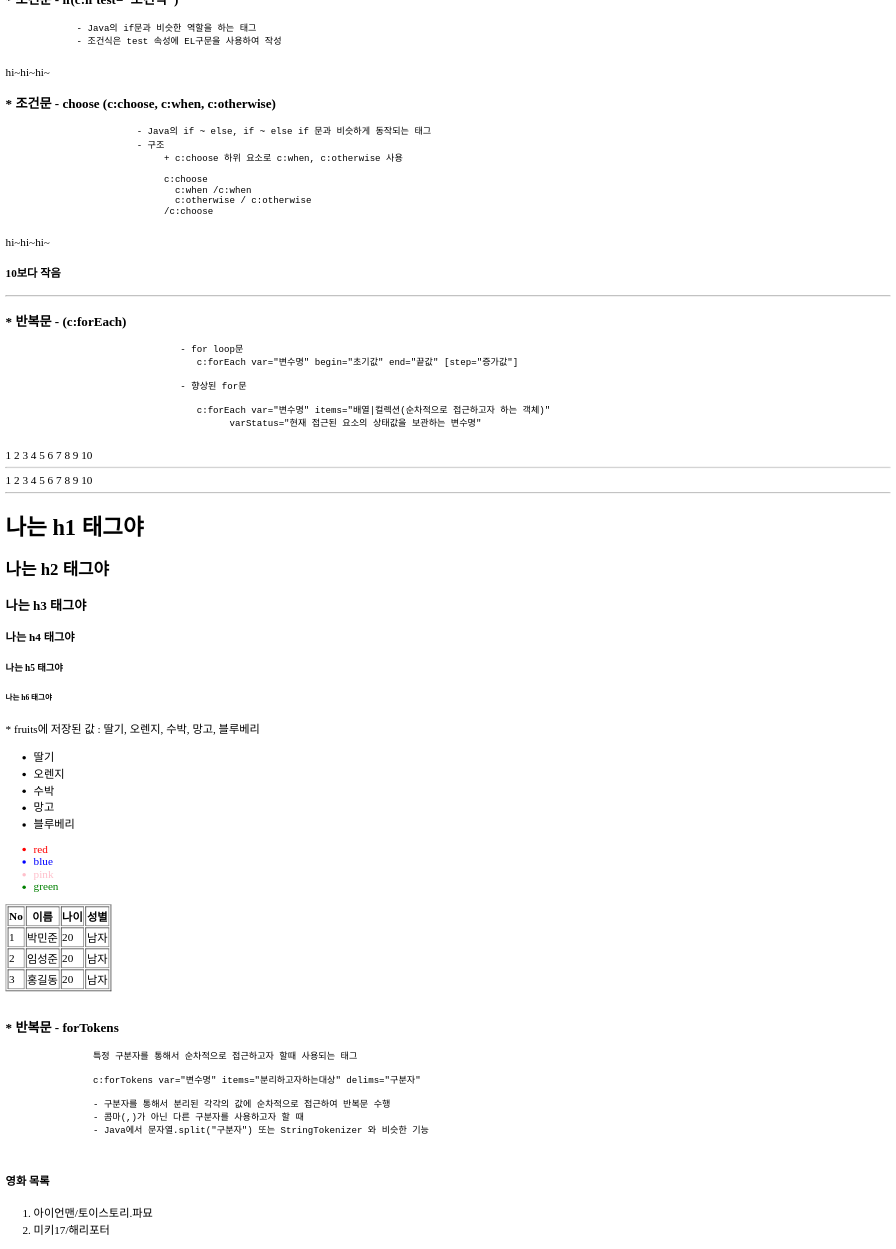
Repository: kkh1396/kh_front
Page: http://localhost/2_jsp/views/4_CustomAction/2_core.jsp
These files come from the project's save history. The page is drawn as it stood at one moment and after the next save; the edit follows.
The browser window is 1280 px wide. The pictures show the part of the page from y = 880 to 2800 px (the page is 2664 px tall before and 2800 px after), at 70% of full size.
The page is served by Tomcat 9. Nobody is signed in. The application's start-up code is not run. Other server files are loaded and not shown.

Above is the page before, as saved 2025-03-21 06:17:57.

### 05_server/2_jsp/src/main/webapp/views/4_CustomAction/2_core.jsp
<%@ page language="java" contentType="text/html; charset=UTF-8"
    pageEncoding="UTF-8"%>
<%@ taglib prefix="c" uri="http://java.sun.com/jsp/jstl/core" %>
<%@ page import="java.util.ArrayList, model.vo.Student" %>

<!DOCTYPE html>
<html>
<head>
<meta charset="UTF-8">
<title>JSTL - core</title>
</head>
<body>
	 <h1>JSTL Core Library</h1>

	 <h3>* 변수</h3>
	 <pre>
	   	- 변수 선언과 동시에 초기화 (c:set var="변수명" value="값" [scope="저장객체"])

	   	+ 해당 변수의 저장된 값을 어떤 scope에 setAttribute를 통해서 담아둘 지 결정
	   	+ 변수 선언하고 초기화까지의 기능을 제공
	   	 => c:set 으로 선언한 변수는 반드시 EL로 접근해야 함!
	 </pre>


	 <!-- num1 이라는 변수에 10이라는 값을 저장  -->
	 <c:set var="num1" value="10"/>

	 <%-- request 영역에 num2라는 변수에 20이라는 값ㅇ르 저장 --%>
	 <c:set var="num2" value="20" scope="request"/>

	 <p> num1 : ${ num1 } </p>
	 <p> num2 : ${ num2 } </p>


	 <%-- num1 num2의 합을 addNum이라는 변수에 저장(session 영역) --%>
	 <c:set var="addNum" value= '${ num1 +num2 }' scope="session"/>
	 <p> addNum : ${ addNum } </p>

	 <c:set var="temp">
	    9999
	 </c:set>

	 <%-- value 속성 대신, 시작태그와 종료태그 사이에 초기값을 지정할 수 있음 --%>

	 <p> temp : ${ temp } </p>

	 <pre>
	     - 변수 삭제 : (c:remove var"삭제할 변수명" [scope="삭제하고자하는 영역"])

	          + 해당 scope영역에 저장되어 있는 변수를 찾아 제거하는 태그
	            => .removeAttribute() 를 사용하여 제거하는 걱과 동일하게 처리됨
	          + scope 속성을 생략했을 경우 모든 영역에서 해당 변수의 값이 제거됨
	 </pre>

	 <%-- session 영역의 addNum 변수 삭제 --%>
	 <p> addNum : ${ addNum }</p>
	 <c:remove var="addNum" scope="session"/>

	 <p> 제거 후 addNum : ${ addNum }</p>


	 <c:set var="temp" value="1111" />
	 <c:set var="temp" value="2222" scope="request"/>

	 <p> page scope에 저장된 temp : ${ temp }</p>
	 <p> request scope 에 저장된 temp : ${ requestScope.temp }</p>


	 <c:remove var="temp" />

	 <p> temp 제거 후 결과 : ${ temp } , ${ requestScope.temp }

	 <pre>
	     - 변수 (데이터) 출력 (c:out value="출력하고자 하는 값"
	     					 [default="기본값"]
	     					 escapeXml="true|false"
	     				   )
	 </pre>

	 <c:out value="테스트" />

	 <%-- addNum 변수의 값을 출력 --%>
	 <c:out value="${ addnum }"/>
	 <c:out value="${ addnum }" default="데이터 없음"/>

	 <%-- outData 라는 변수에 '<b>강조태그</b>' 값을 저장 --%>
	 <c:set var="outData" value="<b>강조태그</b>" />
	 <c:out value="${ outData }" />
	 <c:out value="${ outData }" escapeXml="true"/>
	 <%-- escapeXml 속성의 기본값은 true, 태그를 해석하지 않음 --%>
	 <c:out value="${ outData }" escapeXml="false"/>

	 <hr>

	 <h3>* 조건문 - if(c:if test="조건식") </h3>
	 <pre>
	     - Java의 if문과 비슷한 역할을 하는 태그
	     - 조건식은 test 속성에 EL구문을 사용하여 작성
	 </pre>


	 <%-- num1이 num2보다 큰가? --%>
	 <%-- * JSTL로 선언된 변수는 접근 불가! (EL로만 접근 가능)
	 <% if (num1 > num2) {%>
	 <% } %>
	 --%>

	 <c:if test="${ num1 > num2 }">
	  		num1이 num2보다 큽니다.
	 </c:if>

	 <c:if test="${ num lt num2 }">
	        num1이 num2보다 작습니다.
	 </c:if>

	 <c:set var='hi' value="안녕"/>
	 <%--
	 		hi 변수에 저장된 값이 "안녕"일 경우 hi~hi~hi~ 출력
	 		      			  "안녕"이 아닐경우 by~by~by~ 출력
	  --%>

	  <c:if test="${ hi == '안녕' }">
	         hi~hi~hi~
	  </c:if>
	 <c:if test="${ hi != '안녕' }">
	         by~by~by
	  </c:if>

	  <br>

	  <h3> * 조건문 - choose (c:choose, c:when, c:otherwise) </h3>
	  <pre>
			- Java의 if ~ else, if ~ else if 문과 비슷하게 동작되는 태그
			- 구조
			     + c:choose 하위 요소로 c:when, c:otherwise 사용

			     c:choose
			       c:when /c:when
			       c:otherwise / c:otherwise
			     /c:choose
	  </pre>

	  	<%--
	 		hi 변수에 저장된 값이 "안녕"일 경우 hi~hi~hi~ 출력
	 		      			  "안녕"이 아닐경우 by~by~by~ 출력
	  	--%>

	  	<c:choose>
	  	   <c:when test="${ hi == '안녕'}">
	  	       hi~hi~hi~
	  	   </c:when>
	  	   <c:otherwise>
	  	     	by~by~by~
	  	   </c:otherwise>
	  	</c:choose>


	   <%--
	    	   num1의 값이 20보다 크면 "20보다 큼"
	    	    		, 10보다 크거나 같으면 "10보다 크거나 같음"
	    	    		, 그렇지 않으면 "10보다 작음"출력
	     --%>

	   <c:choose>
	      <c:when test="${ num1 >20 }">
	             <h2>20보다 큼</h2>
	      </c:when>
	      <c:when test="${ num ge 10 }">
	      		<h3> 10보다 큼</h2>
	      </c:when>
	       <c:otherwise>
	           <h4>10보다 작음</h4>
	       </c:otherwise>
	    </c:choose>

	   <hr>


	   <h3>* 반복문 - (c:forEach)</h3>
	   <pre>
	   			- for loop문
	   			   c:forEach var="변수명" begin="초기값" end="끝값" [step="증가값"]

	   			- 향상된 for문

	   			   c:forEach var="변수명" items="배열|컬렉션(순차적으로 접근하고자 하는 객체)"
	   			   	 varStatus="현재 접근된 요소의 상태값을 보관하는 변수명"
	   </pre>
	   <%-- 스크립틀릿을 사용하여 1 ~ 10까지 출력(한줄로) --%>
	   <% for (int i=1; i<=10; i++) { %>
	   			<%= i %>
	   <% } %>

	   <hr>

	   <c:forEach var="i" begin="1" end="10">
	         ${ i }
	   </c:forEach>


	   <hr>
	   <%-- h1 ~ h6 "나는 hx 태그야" --%>

	   <c:forEach var="i" begin="1" end="6">
	         <h${ i }> 나는 h${ i } 태그야 </h${ i }>
	   </c:forEach>

	   <c:set var="fruits">
	      딸기, 오렌지, 수박, 망고, 블루베리
	   </c:set>

	   * fruits에 저장된 값 : ${ fruits }

	   <ul>
	   <c:forEach var="test" items="${ fruits }">
	           <li> ${ test } </li>
	   </c:forEach>
	   </ul>


	   <%--
	   			colors 라는 변수에 4가지 색상을 콤마(,)로 구분하여 저장
	   			목록 태그로 해당 글자를 출력(* 저장된 컬러로 글자색 변경)
	    --%>

	    <%-- colors 변수에 색상 정보를 저장 --%>
	       <c:set var="color">
		      		red,blue,pink,green
	   	   </c:set>

		<%-- 반복문을 사용하여 목록태그에 글자 출력 --%>
		<ul>
		    <c:forEach var="sc" items="${ color }">
		          <li style="color: ${sc}">${ sc }</li>
		    </c:forEach>
	    </ul>

	    <%
	       ArrayList<Student> list = new ArrayList<>();

	       list.add(new Student("박민준", 20, "남자"));
	       list.add(new Student("임성준", 20, "남자"));
	       list.add(new Student("홍길동", 20, "남자"));
	    %>

	    <%-- request.setAttribute("list", list); --%>
	    <c:set var="list" value="<%= list %>" scope="request"/>

	    <table border="1">
	        <thead>
	          <tr>
	             <th>No</th>
	             <th>이름</th>
	             <th>나이</th>
	             <th>성별</th>
	          </tr>
	        </thead>
					<c:choose>
					  	   <c:when test="${ empty list }">
					  	   		<%-- 리스트가 비어있을 경우, "조회된 결과가 없습니다" 출력  --%>
					  	       <tr>
					  	           <td rowspan="4">
					  	          	조회된 결과가 없습니다.
					  	           </td>
					  	       <tr>
					  	   </c:when>

					  	   <c:otherwise>
					  	     	<%-- 리스트가 비어있지 않을경우, 제목셀에 맞춰서 내용 출력  --%>
					  	     	<c:forEach var="s" items="${ list }" varStatus="vs">
					  	     	     <tr>
					  	     	        <%-- <td>${ vs.index }</td> --%>
					  	     	        <%-- index : 0부터 시작 --%>
					  	     	        <td>${ vs.count}</td>
					  	     	        <%-- count : 1부터 시작 --%>
					  	     	        <td>${ s.name }</td>
					  	     	        <td>${ s.age }</td>
					  	     	        <td>${ s.gender }</td>
					  	     	      </tr>
					  	     	</c:forEach>
					  	   </c:otherwise>
					</c:choose>


	        <tbody>

	        </tbody>

	    </table>

	   <br>

	   <h3>* 반복문 - forTokens </h3>
	   <pre>
	        특정 구분자를 통해서 순차적으로 접근하고자 할때 사용되는 태그

	        c:forTokens var="변수명" items="분리하고자하는대상" delims="구분자"

	        - 구분자를 통해서 분리된 각각의 값에 순차적으로 접근하여 반복문 수행
	        - 콤마(,)가 아닌 다른 구분자를 사용하고자 할 때
	        - Java에서 문자열.split("구분자") 또는 StringTokenizer 와 비슷한 기능

	   </pre>

	   <%-- movies 라는 변수에 영화를 5개 저장 (구분자: / . , --%>

	   <c:set var="movies" value="아이언맨/토이스토리.파묘,미키17/해리포터"/>

	   <%--
	   <c:set var="movies" value="아이언맨/토이스토리.파묘,미키17/해리포터">
	   </c:set


	   <c:set var="movies" >
	          아이언맨/토이스토리.파묘,미키17/해리포터
	   </c:set>
	   --%>


	   <h4>영화 목록</h4>
	   <ol>
	      <c:forEach var="m" items="${ movies }">
	        <li> ${ m } </li>
	       </c:forEach>
	   </ol>

</body>
</html>

### 05_server/2_jsp/src/main/java/model/vo/Student.java
package model.vo;

public class Student {

	private String name;
	private int age;
	private String gender;


	// 생성자(기본생성자, 모든필드매개변수로가지는 생성자)
	// getter/setter
	// toString
	public Student() {
		super();
	}

	public Student(String name, int age, String gender) {
		super();
		this.name = name;
		this.age = age;
		this.gender = gender;
	}

	public String getName() {
		return name;
	}

	public void setName(String name) {
		this.name = name;
	}

	public int getAge() {
		return age;
	}

	public void setAge(int age) {
		this.age = age;
	}

	public String getGender() {
		return gender;
	}

	public void setGender(String gender) {
		this.gender = gender;
	}

	@Override
	public String toString() {
		return "Student [name=" + name + ", age=" + age + ", gender=" + gender + "]";
	}



}

After the next save:
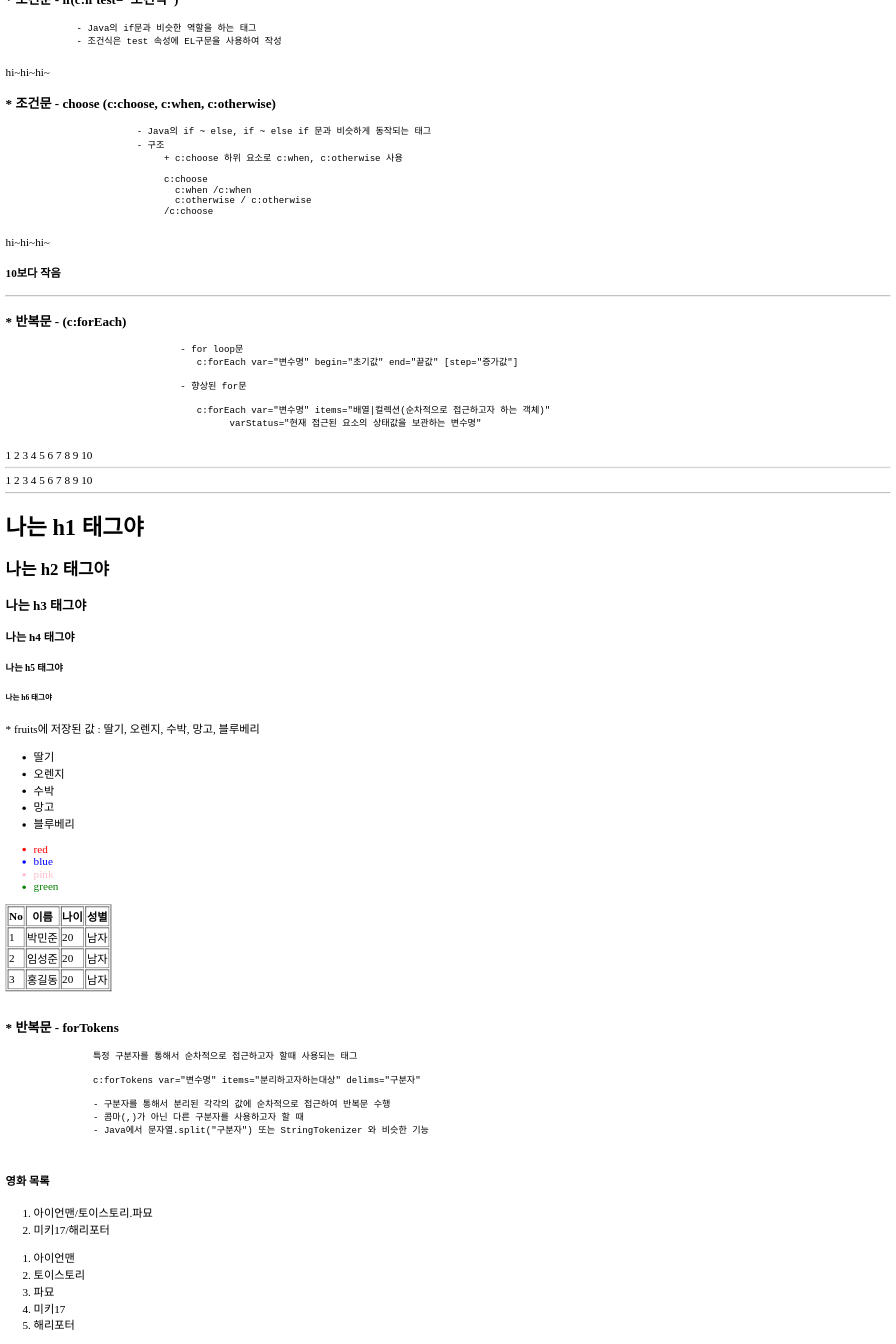
Saved 63 s later.
--- a/05_server/2_jsp/src/main/webapp/views/4_CustomAction/2_core.jsp
+++ b/05_server/2_jsp/src/main/webapp/views/4_CustomAction/2_core.jsp
@@ -324,5 +324,11 @@
 	       </c:forEach>
 	   </ol>
 
+	   <ol>
+	   	   <c:forTokens var="m" items="${movies}" delims="/,.">
+	   	          <li> ${ m } </li>
+	   	   </c:forTokens>
+	   </ol>
+
 </body>
 </html>
